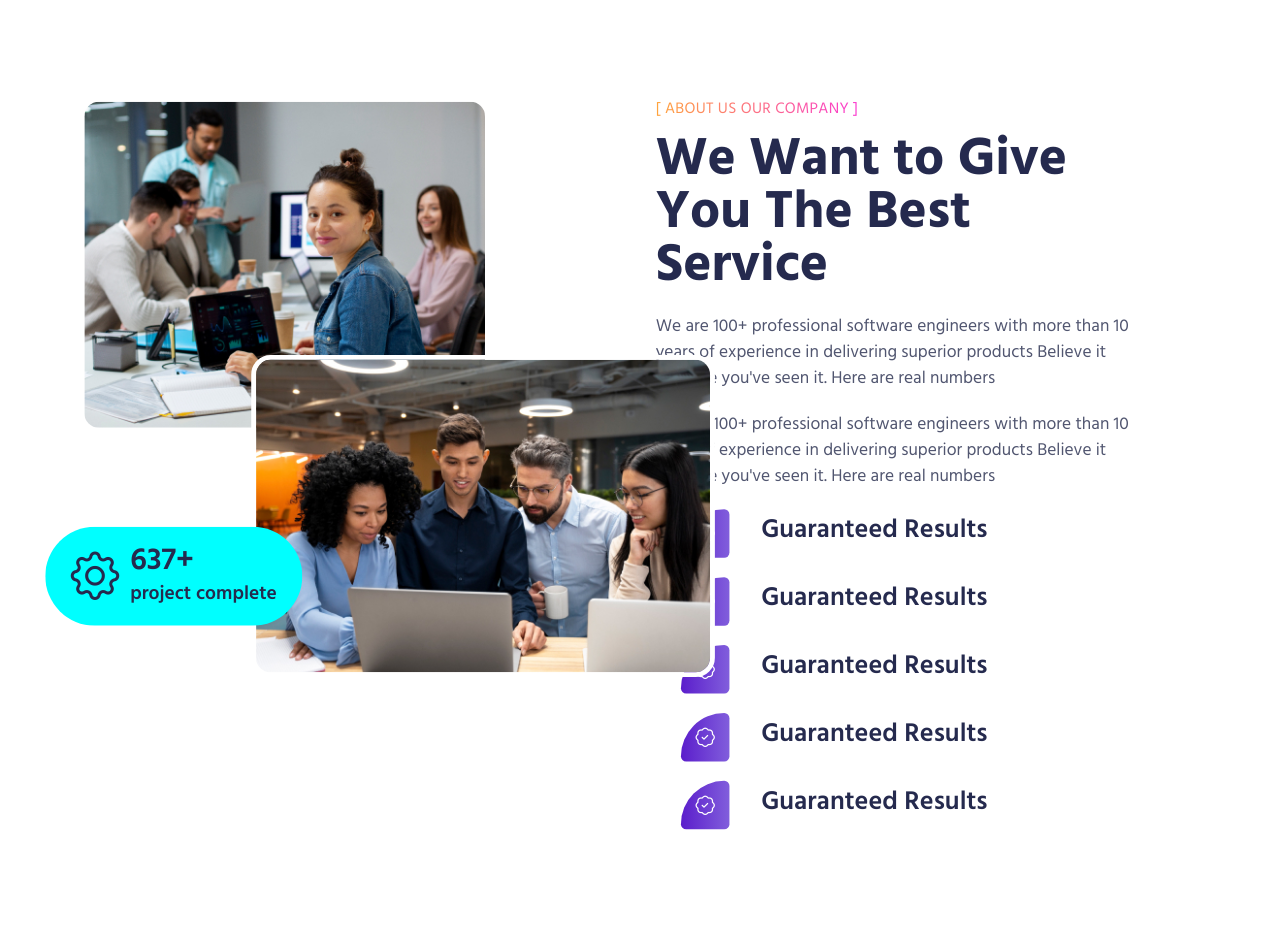
Repository: tagnam/mirehel2.0
Page: about.html
These files come from the project's save history. The page is drawn as it stood at one moment and after a run of saves; the edit follows.
The browser window is 1280 px wide. The page is 1280 px wide, then 1313 px, so the pictures cover 1313 px, including what lies to the right of the window. The pictures show the whole page, at 97% of full size.

Above is the page before, as saved 2025-02-03 12:27:42.

After the next 5 saves:
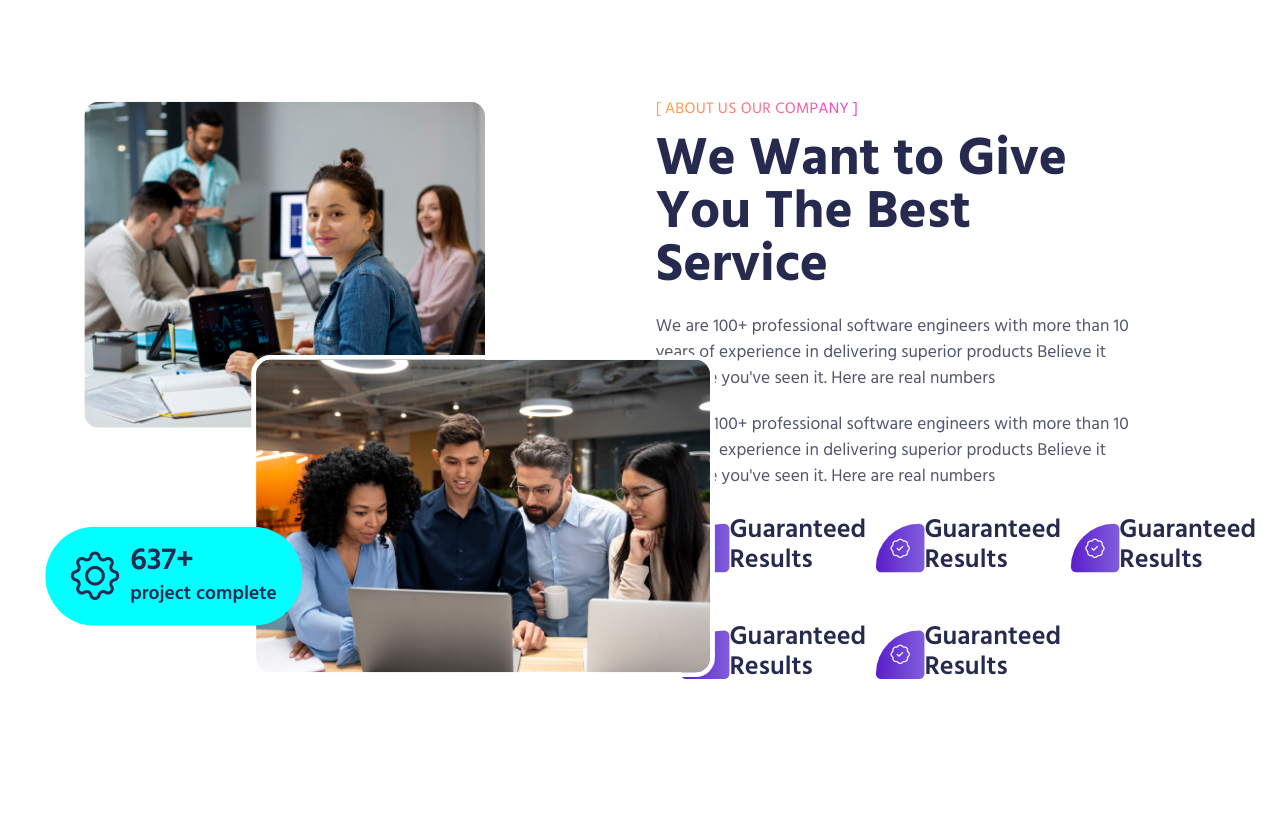
The 5 saves are shown as one change because they came seconds apart.
The last was saved 2 min 44 s later.
--- a/style/css/style.css
+++ b/style/css/style.css
@@ -173,7 +173,11 @@ section{
 
     list-style: none;
     padding: unset;
-}
+    display: grid;
+    grid-template-columns: repeat(3, 1fr);
+    grid-template-rows: repeat(2, 100px);
+    gap: 10px; }
+
 
 .about-list li{
     display: flex;
